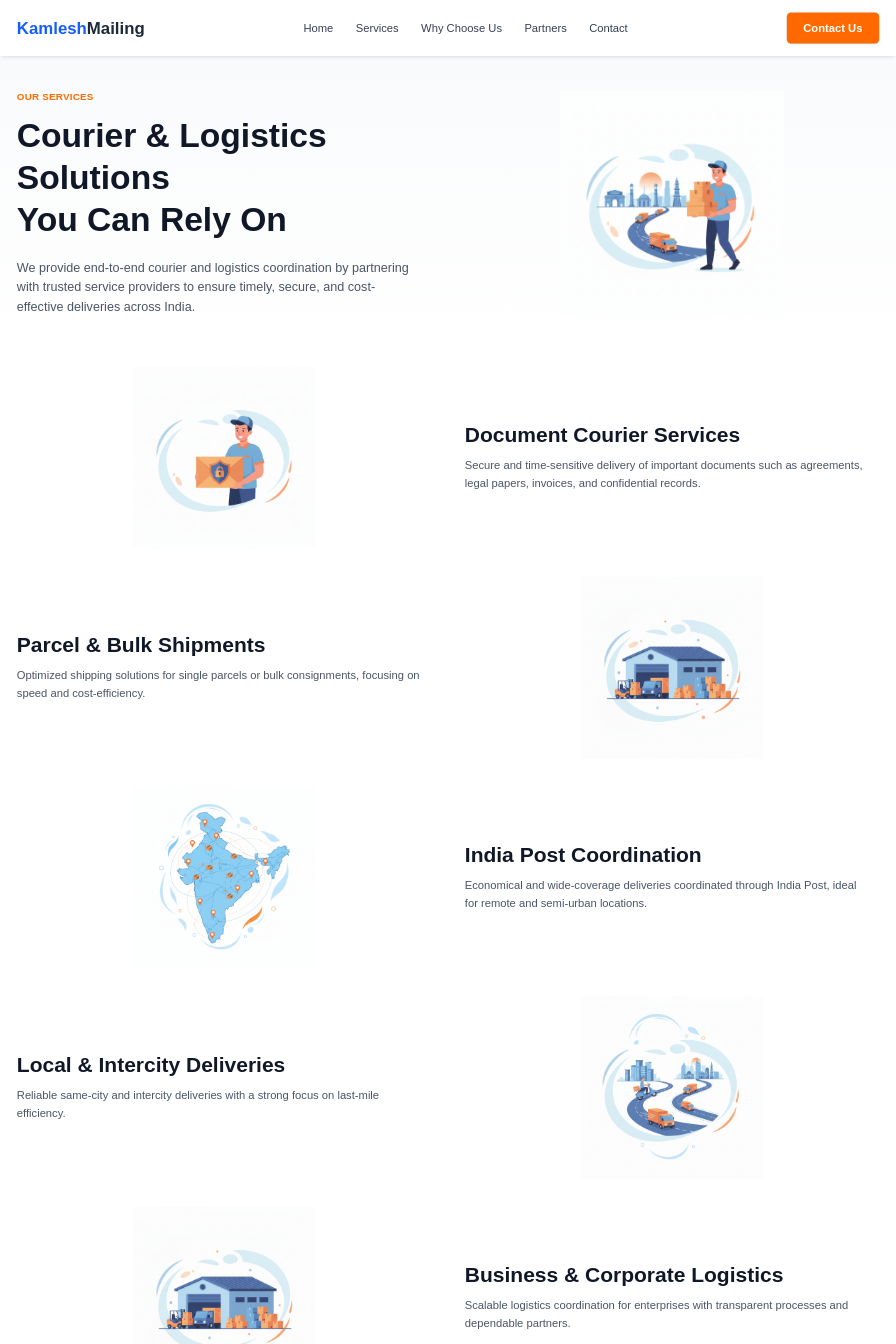
Repository: Rohit-foryou/Courier-Portfolio
Page: /services
These files come from the project's save history. The page is drawn as it stood at one moment and after the next save; the edit follows.
The browser window is 1280 px wide. The pictures show the part of the page from y = 0 to 1920 px (the page is 3852 px tall before and 3896 px after), at 70% of full size.
The project was rebuilt for these pictures with package versions that can differ from the ones it lists, and the page was loaded fresh each time. The framework's server and built-in components were replaced by stand-ins that run in the browser. Also part of the build but not shown: next.config.ts.

Above is the page before, as saved 2026-02-11 01:14:06.

After the next save:
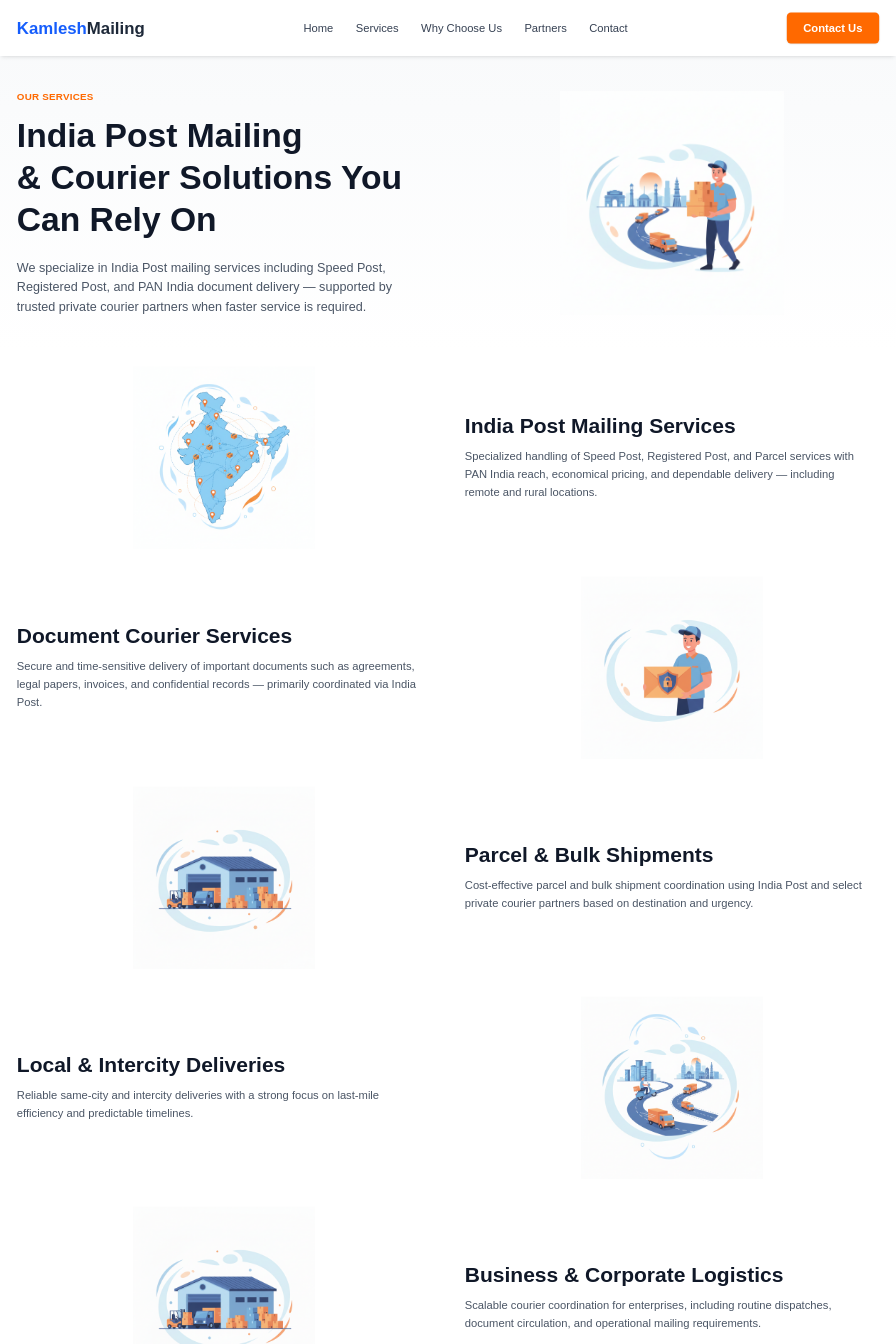
Saved 118 s later.
--- a/app/services/page.tsx
+++ b/app/services/page.tsx
@@ -4,33 +4,33 @@
 export default function ServicesPage() {
   const services = [
     {
+      title: "India Post Mailing Services",
+      desc: "Specialized handling of Speed Post, Registered Post, and Parcel services with PAN India reach, economical pricing, and dependable delivery — including remote and rural locations.",
+      img: "/images/India Post.png",
+    },
+    {
       title: "Document Courier Services",
-      desc: "Secure and time-sensitive delivery of important documents such as agreements, legal papers, invoices, and confidential records.",
+      desc: "Secure and time-sensitive delivery of important documents such as agreements, legal papers, invoices, and confidential records — primarily coordinated via India Post.",
       img: "/images/Document.png",
     },
     {
       title: "Parcel & Bulk Shipments",
-      desc: "Optimized shipping solutions for single parcels or bulk consignments, focusing on speed and cost-efficiency.",
+      desc: "Cost-effective parcel and bulk shipment coordination using India Post and select private courier partners based on destination and urgency.",
       img: "/images/parcel.png",
     },
     {
-      title: "India Post Coordination",
-      desc: "Economical and wide-coverage deliveries coordinated through India Post, ideal for remote and semi-urban locations.",
-      img: "/images/India Post.png",
-    },
-    {
       title: "Local & Intercity Deliveries",
-      desc: "Reliable same-city and intercity deliveries with a strong focus on last-mile efficiency.",
+      desc: "Reliable same-city and intercity deliveries with a strong focus on last-mile efficiency and predictable timelines.",
       img: "/images/Intercity.png",
     },
     {
       title: "Business & Corporate Logistics",
-      desc: "Scalable logistics coordination for enterprises with transparent processes and dependable partners.",
+      desc: "Scalable courier coordination for enterprises, including routine dispatches, document circulation, and operational mailing requirements.",
       img: "/images/Parcel.png",
     },
     {
       title: "Multi-Courier Optimization",
-      desc: "Intelligent courier selection based on destination, urgency, and cost for optimal delivery performance.",
+      desc: "When India Post timelines don’t meet urgency, we intelligently select trusted private courier partners for faster execution.",
       img: "/images/multi.png",
     },
   ];
@@ -46,21 +46,21 @@
             </p>
 
             <h1 className="mt-4 text-4xl md:text-5xl font-bold text-gray-900 leading-tight">
-              Courier & Logistics Solutions
-              <br /> You Can Rely On
+              India Post Mailing
+              <br /> & Courier Solutions You Can Rely On
             </h1>
 
             <p className="mt-6 text-lg text-gray-600 max-w-xl">
-              We provide end-to-end courier and logistics coordination by partnering
-              with trusted service providers to ensure timely, secure, and
-              cost-effective deliveries across India.
+              We specialize in India Post mailing services including Speed Post,
+              Registered Post, and PAN India document delivery — supported by
+              trusted private courier partners when faster service is required.
             </p>
           </div>
 
           <div className="flex justify-center">
             <Image
               src="/images/services.png"
-              alt="Courier services"
+              alt="India Post and courier services"
               width={320}
               height={220}
               className="object-contain"
@@ -74,7 +74,7 @@
       <section className="bg-white py-6">
         <div className="max-w-7xl mx-auto px-6 space-y-10">
           {services.map((s, i) => {
-            const imageLeft = i % 2 === 0; // first image LEFT
+            const imageLeft = i % 2 === 0;
 
             return (
               <div
@@ -131,10 +131,10 @@
 
           <div className="mt-12 grid grid-cols-1 sm:grid-cols-2 lg:grid-cols-4 gap-8">
             {[
-              { title: "Fast Delivery", icon: "🚚", desc: "Urgent timelines met efficiently." },
-              { title: "PAN India Coverage", icon: "📍", desc: "Remote to metro reach." },
-              { title: "Smart Selection", icon: "📦", desc: "Best courier per shipment." },
-              { title: "Secure Handling", icon: "🔒", desc: "Trusted partner network." },
+              { title: "PAN India Reach", icon: "📮", desc: "Delivery to every PIN code across India." },
+              { title: "Cost-Effective Mailing", icon: "💰", desc: "Economical India Post–based solutions." },
+              { title: "Smart Courier Selection", icon: "📦", desc: "Best option chosen per shipment." },
+              { title: "Secure Handling", icon: "🔒", desc: "Trusted partners and safe processes." },
             ].map((item, i) => (
               <div
                 key={i}
@@ -157,18 +157,19 @@
       <section className="bg-white py-16">
         <div className="max-w-7xl mx-auto px-6 text-center">
           <h2 className="text-4xl font-bold text-gray-900">
-            Why Choose Our Services?
+            Why Choose Kamlesh Mailing?
           </h2>
           <p className="mt-4 text-gray-600 max-w-2xl mx-auto">
-            Trusted by individuals and businesses for reliable courier coordination across India.
+            Trusted by individuals and businesses for India Post mailing and
+            reliable courier coordination across India.
           </p>
 
           <div className="mt-12 grid grid-cols-1 md:grid-cols-3 gap-10">
             {[
               {
-                title: "Cost-Effective",
-                desc: "Competitive pricing through intelligent courier planning.",
-                icon: "💰",
+                title: "India Post Specialists",
+                desc: "Deep expertise in Speed Post, Registered Post, and PAN India mailing.",
+                icon: "📮",
               },
               {
                 title: "Reliable Coordination",
@@ -176,8 +177,8 @@
                 icon: "🤝",
               },
               {
-                title: "Trusted Network",
-                desc: "Established courier partners across India.",
+                title: "Flexible Courier Support",
+                desc: "Private couriers used only when speed is critical.",
                 icon: "🌐",
               },
             ].map((item, i) => (
@@ -205,10 +206,11 @@
       {/* CTA */}
       <section className="bg-blue-50 py-20 text-center">
         <h2 className="text-3xl font-bold text-gray-900">
-          Need a Reliable Courier Partner Today?
+          Need Help with India Post Mailing?
         </h2>
         <p className="mt-4 text-gray-600">
-          Get quick assistance for documents, parcels, and business logistics.
+          Get expert assistance for Speed Post, Registered Post,
+          documents, and business dispatch requirements.
         </p>
         <Link
           href="/contact"
@@ -219,7 +221,7 @@
             transition-all
           "
         >
-          Get in Touch
+          Enquire for India Post
         </Link>
       </section>
     </>
